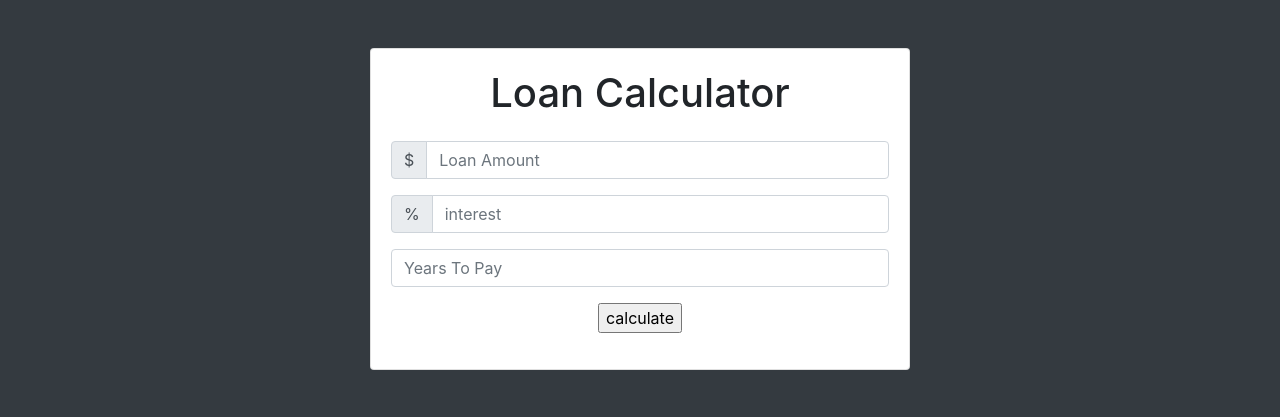
Repository: varun-project/LearningJs
Page: index.html
These files come from the project's save history. The page is drawn as it stood at one moment and after a run of saves; the edit follows.
The browser window is 1280 px wide. The pictures show the whole page.

Above is the page before, as saved 2019-07-28 17:15:06.

### index.html
<!DOCTYPE html>
<html lang="en">
  <head>
    <!-- Required meta tags -->
    <meta charset="utf-8" />
    <meta
      name="viewport"
      content="width=device-width, initial-scale=1, shrink-to-fit=no"
    />

    <!-- Bootstrap CSS -->
    <link
      rel="stylesheet"
      href="https://stackpath.bootstrapcdn.com/bootstrap/4.3.1/css/bootstrap.min.css"
      integrity="sha384-ggOyR0iXCbMQv3Xipma34MD+dH/1fQ784/j6cY/iJTQUOhcWr7x9JvoRxT2MZw1T"
      crossorigin="anonymous"
    />

    <title>Hello, world!</title>
  </head>
  <body class="bg-dark">
    <div class="container">
      <div class="row">
        <div class="col-md-6 mx-auto">
          <div class="card card-body text-center mt-5">
            <h1 class="heading display-5 pb-3">Loan Calculator</h1>
            <form id="loan-form">
              <div class="form-group">
                <div class="input-group">
                  <div class="input-group-prepend">
                    <div class="input-group-text">$</div>
                  </div>
                  <input
                    type="number"
                    class="form-control"
                    id="amount"
                    placeholder="Loan Amount"
                  />
                </div>
              </div>
              <div class="form-group">
                  <div class="input-group">
                    <div class="input-group-prepend">
                      <div class="input-group-text">%</div>
                    </div>
                    <input
                      type="number"
                      class="form-control"
                      id="interest"
                      placeholder="interest"
                    />
                  </div>
                </div>
              <div class="form-group">
                  <input
                  type="number"
                  class="form-control"
                  id="years"
                  placeholder="Years To Pay"
                />
              </div>
              <div class="form-group">
                <input type="submit" value="calculate" class="">
              </div>

            </form>
          </div>
        </div>
      </div>
    </div>

    <!-- Optional JavaScript -->
    <!-- jQuery first, then Popper.js, then Bootstrap JS -->
    <script
      src="https://code.jquery.com/jquery-3.3.1.slim.min.js"
      integrity="sha384-q8i/X+965DzO0rT7abK41JStQIAqVgRVzpbzo5smXKp4YfRvH+8abtTE1Pi6jizo"
      crossorigin="anonymous"
    ></script>
    <script
      src="https://cdnjs.cloudflare.com/ajax/libs/popper.js/1.14.7/umd/popper.min.js"
      integrity="sha384-UO2eT0CpHqdSJQ6hJty5KVphtPhzWj9WO1clHTMGa3JDZwrnQq4sF86dIHNDz0W1"
      crossorigin="anonymous"
    ></script>
    <script
      src="https://stackpath.bootstrapcdn.com/bootstrap/4.3.1/js/bootstrap.min.js"
      integrity="sha384-JjSmVgyd0p3pXB1rRibZUAYoIIy6OrQ6VrjIEaFf/nJGzIxFDsf4x0xIM+B07jRM"
      crossorigin="anonymous"
    ></script>
  </body>
</html>

After the next 2 saves:
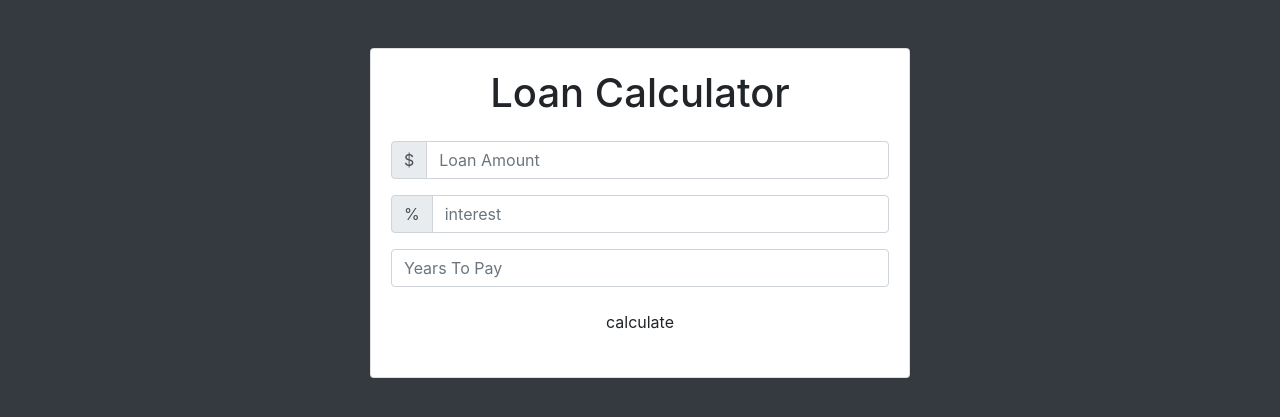
The 2 saves are shown as one change because they came seconds apart.
The last was saved 8 s later.
--- a/index.html
+++ b/index.html
@@ -60,7 +60,7 @@
                 />
               </div>
               <div class="form-group">
-                <input type="submit" value="calculate" class="">
+                <input type="submit" value="calculate" class="btn btn-black">
               </div>
 
             </form>
